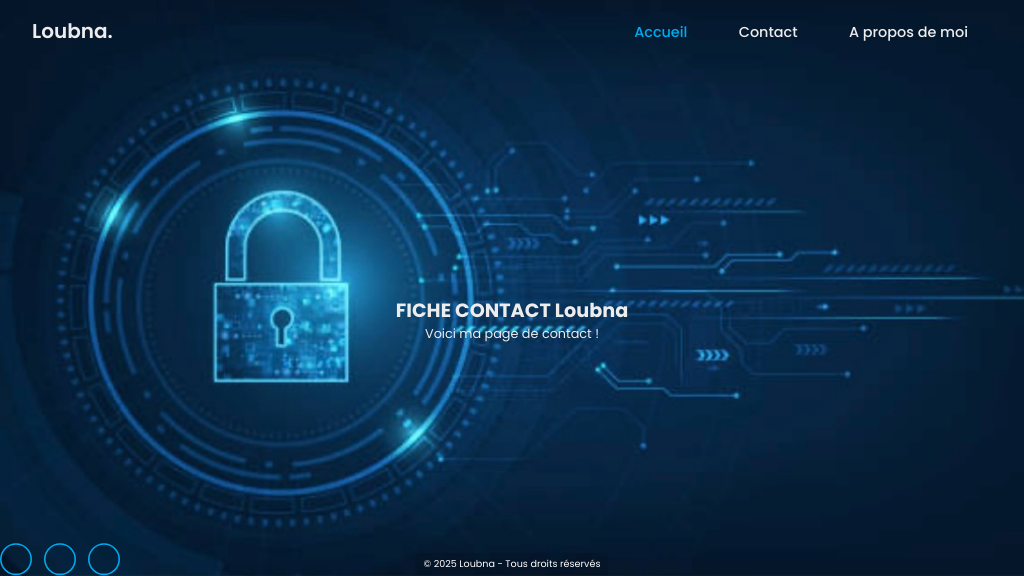
Repository: Loubna77290/Portfolio-de-Loubna
Page: contact.html
These files come from the project's save history. The page is drawn as it stood at one moment and after the next save; the edit follows.
The browser window is 1280 px wide. The pictures show the whole page, at 80% of full size.

Above is the page before, as saved 2025-03-10 22:20:02.

After the next save:
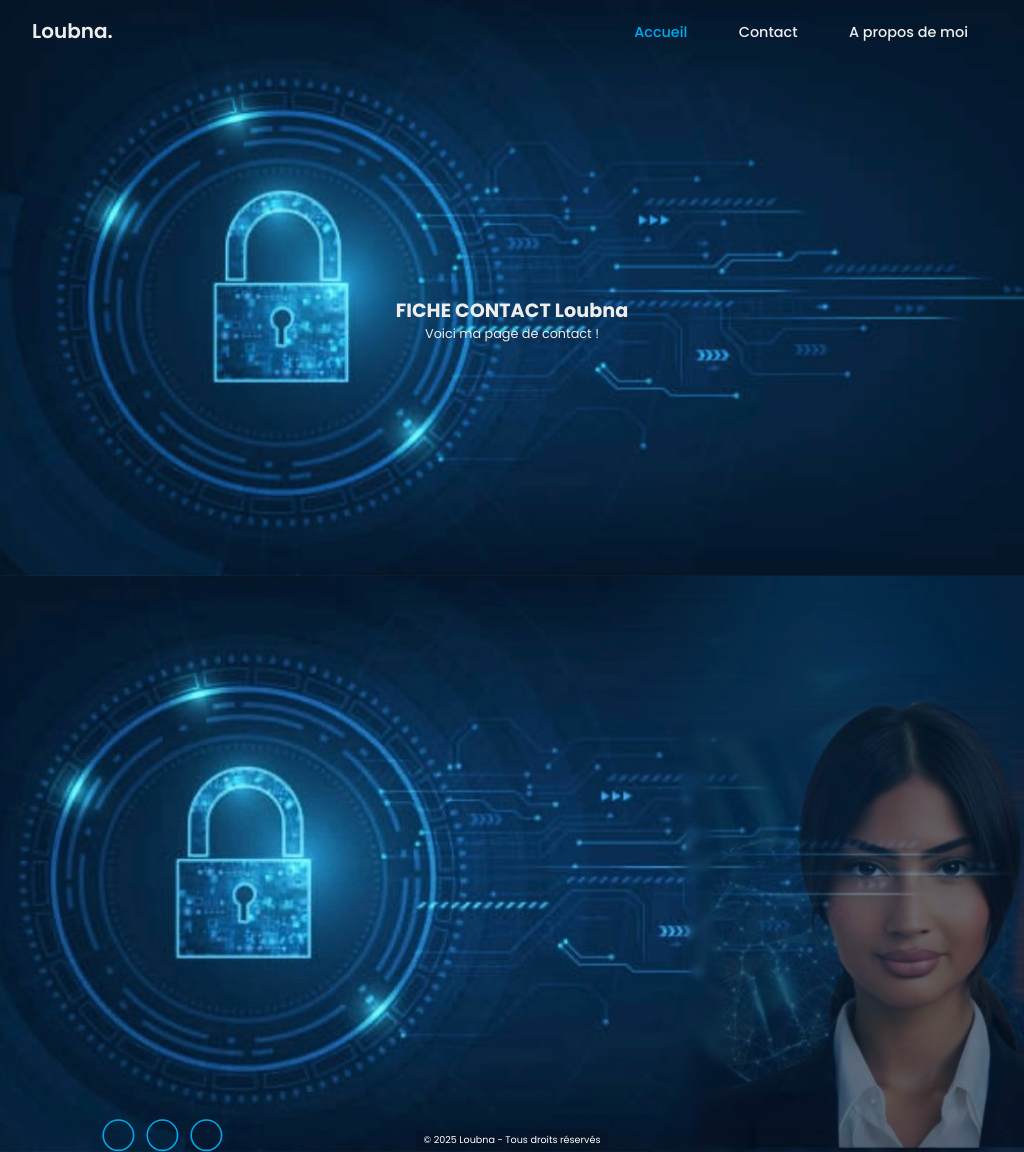
Saved 41 s later.
--- a/contact.html
+++ b/contact.html
@@ -26,7 +26,7 @@
 
     </div>
     </section>
-
+    <section class="accueil">
     <div class="home-sci">
         <a href=""><i class='bx bxl-instagram'></i></a>
         <a href="#"><i class='bx bxl-twitter'></i></a>

After the save that followed:
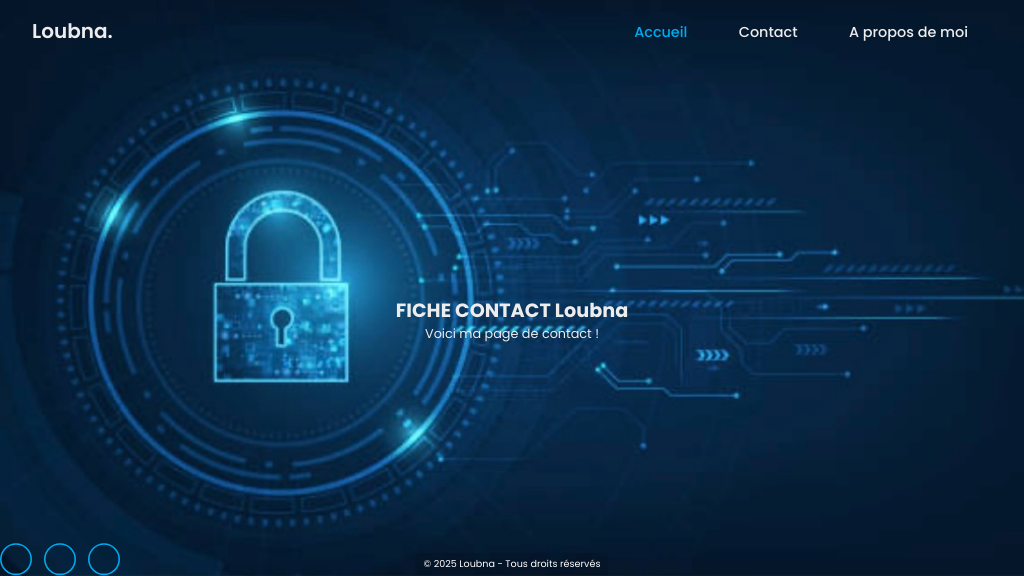
Saved 6 s later.
--- a/contact.html
+++ b/contact.html
@@ -26,7 +26,7 @@
 
     </div>
     </section>
-    <section class="accueil">
+
     <div class="home-sci">
         <a href=""><i class='bx bxl-instagram'></i></a>
         <a href="#"><i class='bx bxl-twitter'></i></a>
